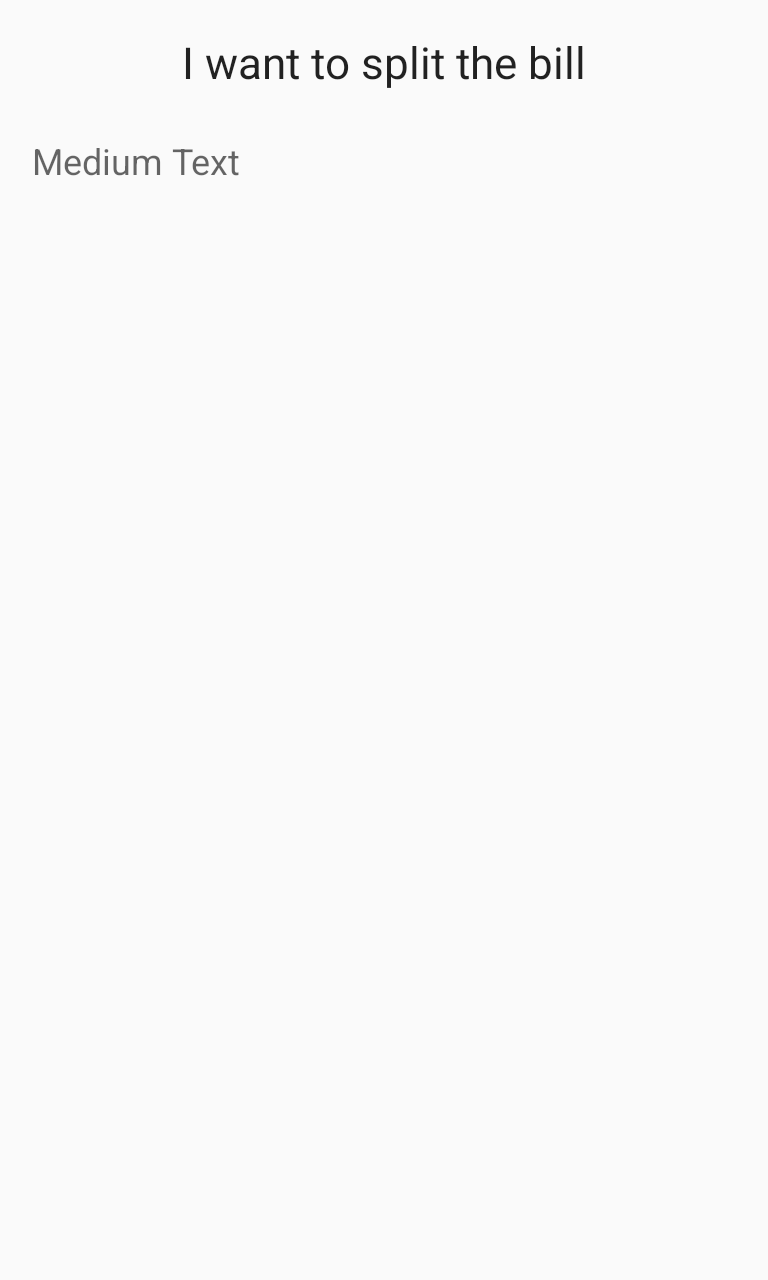
Repository: any027/BillHelper
Layout: BillHelper/res/layout/split_bill.xml
These files come from the project's save history. The layout is drawn as it stood at one moment and after a run of saves; the edit follows.
It is drawn on a 768 x 1280 px phone screen (xhdpi) without system bars, with theme AppTheme; the app's code is not run.

Above is the layout before, as saved 2015-07-04 03:36:11.

After the next 2 saves:
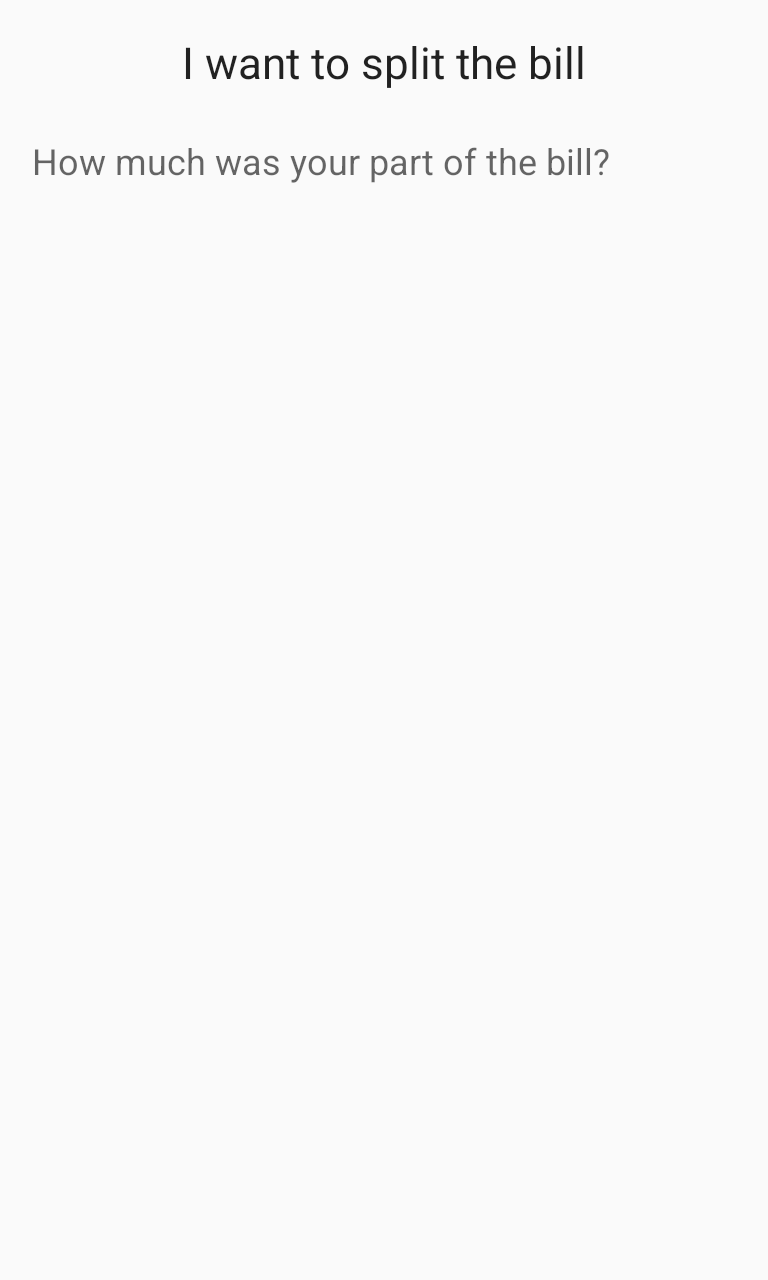
The 2 saves are shown as one change because 1 did not build or start.
The last was saved 19 s later.
--- a/BillHelper/res/layout/split_bill.xml
+++ b/BillHelper/res/layout/split_bill.xml
@@ -28,7 +28,7 @@
         android:layout_alignLeft="@+id/section_label"
         android:layout_below="@+id/section_label"
         android:layout_marginTop="33dp"
-        android:text="Medium Text"
+        android:text="@string/my_part"
         android:textAppearance="?android:attr/textAppearanceMedium" />
 
 </RelativeLayout>
